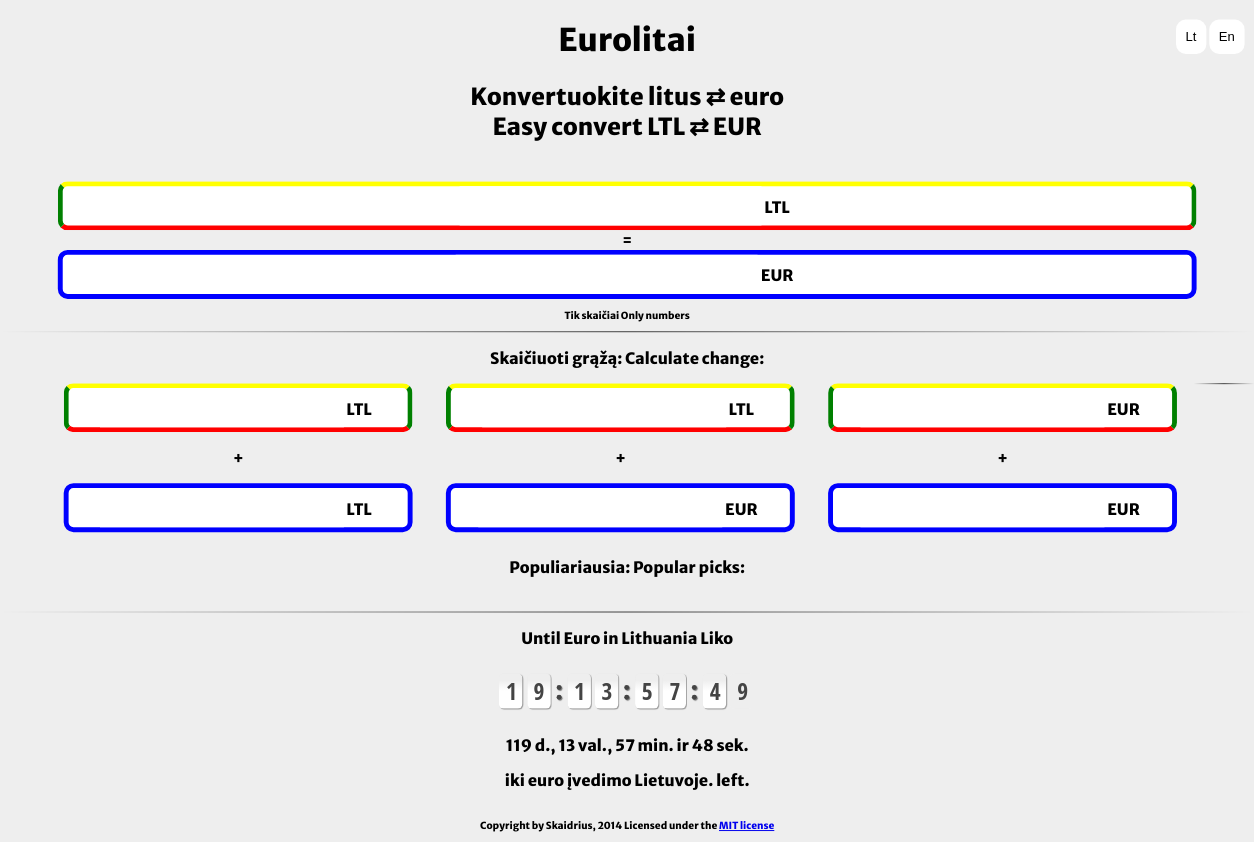
Repository: Skaidrius/eurolitai
Page: index.html
The author's editor kept a record of every edit. The page is drawn from the files as they stood at one moment, then again after the next edit.
The browser window is 1280 px wide. The pictures show the whole page, at 98% of full size.
Some web libraries are served in a nearby version.

Above is the page before.
Console error: SyntaxError: Unexpected token ')'

### index.html
<!DOCTYPE html>
<html>
  <head>
    <meta charset="utf-8">
    <meta http-equiv="X-UA-Compatible" content="IE=edge,chrome=1">
    <title>Eurolitai</title>
    <meta name="title" content="Eurolitai">
    <meta name="description" content="litų į/iš euro konverteris convert LTL to/from EUR">
    <meta name="viewport" content="width=device-width" scallable="1">
    <link rel="stylesheet" type="text/css" href="style/style.css">

  </head>
  <body class="body">
    <!--calculate LTL <> Eur-->
    <div>
      <h1 class="center">Eurolitai</h1>
        <div class = "languages ">
          <button id="lithuanian" class="button round">Lt</button>
          <button id="english" class="button round">En</button>
        </div>
      <h2 class="center"><span class="lithuanian">Konvertuokite litus &#8644; euro<br> </span><span class="english">Easy convert LTL &#8644; EUR</span></h2><br>
    </div>
    <form class="form center">
      <!--LT box-->
      <div class="box lt round">
        <input class="input center" type="number" id="lt" name="lt">
        <label class="money" for="lt">LTL</label>
      </div>

      <div>&#61;<div>
      <!--En box-->
      <div class="box eur round">
        <input class="input center" type="number" id="eur" name="eur">
        <label class="money" for="eur">EUR</label>
      </div>

      <div id="error" class="alert">
        <p><span class="lithuanian">Tik skaičiai </span><span class="english"> Only numbers</span></p>
      </div>
    </form>
    <hr>
    <!--calculate change-->
    <div class="change">
      <div>
        <p><span class="lithuanian">Skaičiuoti grąžą: </span><span class="english"> Calculate change:</span></p>
        <div id="changeCalculator">
          <div class="third">
            <div class="box lt round">
              <input class="input center" type="number" id="changeLtLt1" name="lt">
              <label class="money" for="lt">LTL</label>
            </div>
            <p>+</p>
            <div class="box eur round">
              <input class="input center" type="number" id="changeLtLt2" name="lt">
              <label class="money" for="lt">LTL</label>
            </div>
          </div>
          <div class="third">
            <div class="box lt round">
              <input class="input center" type="number" id="changeLt" name="lt">
              <label class="money" for="lt">LTL</label>
            </div>
            <p>+</p>
            <div class="box eur round">
              <input class="input center" type="number" id="changeEur" name="eur">
              <label class="money" for="eur">EUR</label>
            </div>
          </div>
          <div class="third">
            <div class="box lt round">
              <input class="input center" type="number" id="changeEurEur1" name="eur">
              <label class="money" for="eur">EUR</label>
            </div>
            <p>+</p>
            <div class="box eur round">
              <input class="input center" type="number" id="changeEurEur2" name="eur">
              <label class="money" for="eur">EUR</label>
            </div>
          </div>
        </div>
      </div>

      <!--explain change-->
      <div id="explain">
      </div>
    </div>
    <hr>

    <div class="popular">
      <p><span class="lithuanian">Populiariausia: </span><span class="english"> Popular picks:</span></p>
      <ul class = "lteur"></ul>
      <ul class = "eurlt"></ul>
    </div>
    <hr>

    <!--countdown 'till 2015-01-01-->
    <div class = "center">
      <p><span class="english center">Until Euro in Lithuania </span>
      <span class="lithuanian center">Liko </span></p>
    </div>
		<div id="countdown"></div>

		<p id="note"></p>

      <div class="left">
        <span class="lithuanian center">iki euro įvedimo Lietuvoje.</span>
        <span class="english center">left.</span>
      </div>
    <script type="text/javascript" src="https://code.jquery.com/jquery-1.11.1.min.js"></script>
    <script type="text/javascript" src="script/main.js"></script>
    <script type="text/javascript" src="script/script.js"></script>
    <script type="text/javascript" src="script/countdown.js"></script>
  </body>
  <footer class="down center">Copyright by Skaidrius, 2014 Licensed under the <a href="http://opensource.org/licenses/MIT">MIT license</a></footer>
</html>

### style/style.css
@import url(http://fonts.googleapis.com/css?family=Merriweather+Sans:400,800&subset=latin,latin-ext);

/*body*/
.body {
  width:100%;
  margin: 0 auto;
  font: bold 16px 'Merriweather Sans', sans-serif;
  background: #eee;
  overflow-x: none;
}

#countDownBlock {
  padding: 10px;
}

.button {   padding: 10px;
  background: white;
  border: 3px #000;
}

.center {
  text-align: center;
  clear: both;
}

.box {
  text-align: center;
  background: white;
  margin: 0 auto;
  position: relative;
  max-width: 90%;
}

.input {
  display: inline-block;
  max-width: 65%;
  padding: 8px 12px;
  margin: 0;
  font-size: 1.3em;
  font-weight: bold;
  border: 0;
  position: relative;
  outline: 0;
  color: #53f;
}

.round {   border-radius: 10px; }

.active {
  border: 2px solid green;
  background: white;
  color: green;
  font-weight: bold;
}

.lt {
  border-top: 5px solid yellow;
  border-left: 5px solid green;
  border-right: 5px solid green;
  border-bottom: 5px solid red;
}

.eur {
  border: 5px solid blue;
  margin-bottom: 10px;
}

.money {
  padding-right: 5px;
}

.input::-webkit-outer-spin-button,
.input::-webkit-inner-spin-button {
    /* display: none; <- Crashes Chrome on hover */
    -webkit-appearance: none;
    margin: 0; /* <-- Apparently some margin are still there even though it's hidden */
}

.error {
  display: inline-block;
  font-size: 1em;
  font-weight: bold;
  padding: 10px;
  margin: 0 auto;
  margin-bottom: 1em;
  color: white;
  background-color: red;
}

.visible {  visibility: visible; }

.hidden { display: none; }

.languages {
  position: absolute;
  right: 10px;
  top: 20px;
}

.alert {   font-size: 10px; }

#countdown {
  margin: 10px auto;
}

.countdownHolder{
  padding-top: 10px;
	margin:0 auto;
	font: 24px/1.5 'Open Sans Condensed',sans-serif;
	text-align:center;
	letter-spacing:-3px;
}

.position{
	display: inline-block;
	height: 1.6em;
	overflow: hidden;
	position: relative;
	width: 1.05em;
}

.digit{
	position:absolute;
	display:block;
	width:1em;
	background-color:#eee;
	border-radius:0.2em;
	text-align:center;
	color:#444;
	letter-spacing:-1px;
}

.digit.static{
	box-shadow:1px 1px 1px rgba(4, 4, 4, 0.35);

	background-image: linear-gradient(bottom, #3A3A3A 50%, #444444 50%);
	background-image: -o-linear-gradient(bottom, #3A3A3A 50%, #444444 50%);
	background-image: -moz-linear-gradient(bottom, #3A3A3A 50%, #444444 50%);
	background-image: -webkit-linear-gradient(bottom, #3A3A3A 50%, #444444 50%);
	background-image: -ms-linear-gradient(bottom, #3A3A3A 50%, #444444 50%);

	background-image: -webkit-gradient(
		linear,
		left bottom,
		left top,
		color-stop(0.8, #eee),
		color-stop(0.5, #fff)
	);
}

/**
 * You can use these classes to hide parts
 * of the countdown that you don't need.
 */

.countDiv{
	display:inline-block;
	width:16px;
	height:1.6em;
	position:relative;
}

.countDiv:before,
.countDiv:after{
	position:absolute;
	width:5px;
	height:5px;
	background-color:#444;
	border-radius:50%;
	left:50%;
	margin-left:-3px;
	top:0.5em;
	box-shadow:1px 1px 1px rgba(4, 4, 4, 0.5);
	content:'';
}

.countDiv:after{
	top:0.9em;
}

.popular {
  display: inline-block;
}

.popular ul {
  margin-top: 0;
  padding: 0 10px;
  float: left;
  font-size: 0.7em;
  font: sans-serif;
}
.popular ul li{
  list-style: none;
}

hr {
    /* http://css-tricks.com/examples/hrs/ */
    border: 0;
    height: 1px;
    background-image: -webkit-linear-gradient(left, rgba(0,0,0,0), rgba(0,0,0,0.75), rgba(0,0,0,0));
    background-image:    -moz-linear-gradient(left, rgba(0,0,0,0), rgba(0,0,0,0.75), rgba(0,0,0,0));
    background-image:     -ms-linear-gradient(left, rgba(0,0,0,0), rgba(0,0,0,0.75), rgba(0,0,0,0));
    background-image:      -o-linear-gradient(left, rgba(0,0,0,0), rgba(0,0,0,0.75), rgba(0,0,0,0));
}
#showChange {
  margin-bottom: 10px;
}


.down {
  font-size: 10px;
  padding: 30px 0 10px 0;
}

.third:first-child{
  padding-left: 4%;
}
.changeCalculator:after{
  content: '';
  display:table;
  clear: both;
}
.changeCalculator {
  width: 100%;
}
.third {
  width: 30%;
  padding: 0 3px;
  float: left;
}
.explain:before {
  clear: both;
}

### script/main.js
(function($) {

  var ltInp = $('#lt'),
      eurInp = $('#eur'),
      changeLtLt1Inp = $('#changeLtLt1'),
      changeLtLt2Inp = $('#changeLtLt2'),
      changeLtInp = $('#changeLt'),
      changeEurInp = $('#changeEur'),
      changeEurEur1Inp = $('#changeEurEur1'),
      changeEurEur2Inp = $('#changeEurEur2'),
      lithuanianInp = $("#lithuanian"),
      englishInp = $("#english"),
      error = $('#error');

  // initialisation
  $(".english").addClass("hidden");
  lithuanianInp.addClass("active");

  //change language
  lithuanianInp.click(function(){
    $(this).addClass("active");
    englishInp.removeClass("active");
    $(".english").hide();
    $(".lithuanian").show();
  });
  englishInp.click(function(){
    $(this).addClass("active");
    lithuanianInp.removeClass("active");
    $(".lithuanian").hide();
    $(".english").show();
  });

  var show = function(){
    $(this).removeClass("hidden").addClass("visible");
  };

  var hide = function(){
    $(this).removeClass("visible").addClass("hidden");
  };

  // convert currency functions
  var toEur = function(lt){
    var eur;
    eur = (lt / 3.4528).toFixed(2);
    return eur;
  };

  var toLt = function(eur){
    var lt;
    lt = (eur * 3.4528).toFixed(2);
    return lt;
  };

  //convert currencies
  ltInp.keyup(function () {
    var lt = $(this).val(),
        eur = toEur(lt);
    if ($.isNumeric(lt)) {
      hideError();
      eurInp.val(eur).toString().replace(".", ",");
      showNumbers();
    } else {
      showError();
    }
  });

  eurInp.keyup(function () {
    var eur = $(this).val(),
        lt = toLt(eur);
    if ($.isNumeric(eur)) {
      hideError();
      ltInp.val(lt).toString().replace(".", ",");
      showNumbers();
    } else {
      showError();
    }
  });

  var hideError = function(){
    error.addClass("hidden");
    clear();
  };
  var showError = function() {
    error.removeClass("hidden").addClass("error");
  };

  //clearing functions
  var clear = function(){
    changeLtLt1Inp.val('');
    changeLtLt2Inp.val('');
    changeLtInp.val('');
    changeEurInp.val('');
    changeEurEur1Inp.val('');
    changeEurEur2Inp.val('');
  };
  var clear1 = function(){
    changeLtInp.val('');
    changeEurInp.val('');
    changeEurEur1Inp.val('');
    changeEurEur2Inp.val('');
  };
  var clear2 = function(){
    changeLtLt1Inp.val('');
    changeLtLt2Inp.val('');
    changeEurEur1Inp.val('');
    changeEurEur2Inp.val('');
  };
  var clear3 = function(){
    changeLtLt1Inp.val('');
    changeLtLt2Inp.val('');
    changeLtInp.val('');
    changeEurInp.val('');
  };

  // currency change calculator
  // first conversion LTL(EUR)=LTL+LTL
  changeLtLt1Inp.keyup(function () {
    clear1();
    var change,
        lt = $(this).val();
    change =  ltInp.val() - lt).toFixed(2);
    changeLtLt2Inp.val(change).toString().replace(".", ",");
    showNumbers();
  });

  changeLtLt2Inp.keyup(function () {
    clear1();
    var change,
        lt = $(this).val();
    change = (ltInp.val() - lt).toFixed(2);
    changeLtLt1Inp.val(change).toString().replace(".", ",");
    showNumbers();
  });

  // second conversion LTL(EUR)=LTL+EUR
  changeLtInp.keyup(function () {
    clear2();
    var change,
        lt = $(this).val();
    change =  toEur(ltInp.val() - lt);
    changeEurInp.val(change).toString().replace(".", ",");
    showNumbers();
  });

  changeEurInp.keyup(function () {
    clear2();
    var change,
        eur = $(this).val();
    change = toLt(eurInp.val() - eur);
    changeLtInp.val(change).toString().replace(".", ",");
    showNumbers();
  });

  // third conversion LTL(EUR)=EUR+EUR
  changeEurEur1Inp.keyup(function () {
    clear3();
    var change,
        eur = $(this).val();
    change = (eurInp.val() - eur).toFixed(2);
    changeEurEur2Inp.val(change).toString().replace(".", ",");
    showNumbers();
  });

  changeEurEur2Inp.keyup(function () {
    clear3();
    var change,
        eur = $(this).val();
    change = (eurInp.val() - eur).toFixed(2);
    changeEurEur1Inp.val(change).toString().replace(".", ",");
    showNumbers();
  });

  // show calculation
  var showNumbers = function(){
    var explain = $('#explain'),
        lts = ltInp.val().toString().replace(".", ","),
        eurs = eurInp.val().toString().replace(".", ","),
        changeLtLt1 = changeLtLt1Inp.val().toString().replace(".", ","),
        changeLtLt2 = changeLtLt2Inp.val().toString().replace(".", ","),
        changeEurs = changeEurInp.val().toString().replace(".", ","),
        changeLts = changeLtInp.val().toString().replace(".", ","),
        changeEurEur1 = changeEurEur1Inp.val().toString().replace(".", ","),
        changeEurEur2 = changeEurEur2Inp.val().toString().replace(".", ","),
        calculationText;
    if (changeLtLt1 !=="" && changeLtLt2 !=="") {
      calculationText = "<p>" + lts +" Lt (" + eurs + " Eur) = " + changeLtLt1 +" Lt + " + changeLtLt2 + " Lt" + "</p>";
    } else if (changeEurs !=="" && changeLts !=="") {
      calculationText = "<p>" + lts +" Lt (" + eurs + " Eur) = " + changeLts +" Lt + " + changeEurs + " Eur" + "</p>";
    } else if (changeEurEur1 !=="" && changeEurEur2!=="" ) {
      calculationText = "<p>" + lts +" Lt (" + eurs + " Eur) = " + changeEurEur1 +" Eur + " + changeEurEur2 + " Eur" + "</p>";
    } else {
      calculationText = "<p>" + lts +" Lt (" + eurs + " Eur) " + "</p>";
    }
    explain.html(calculationText);
  };

  var a = [0.99, 1.99, 2.99, 3.99, 4.99, 9.99, 14.99, 19.99, 24.99, 29.99],
    lteur = $('.lteur'),
    eurlt = $('.eurlt');

  for (var i = 0, b = a.length; i < b; i++ ) {
    lteur.append("<li>"+a[i].toString().replace(".", ",") +" Lt = "+(a[i]/ 3.4528).toFixed(2).toString().replace(".", ",") +" Eur"+"</li>");
    eurlt.append("<li>"+a[i].toString().replace(".", ",") +" Eur = "+(a[i]* 3.4528).toFixed(2).toString().replace(".", ",") +" Lt"+"</li>");
  }

}) (jQuery);

### script/script.js
/**
 * @name		jQuery Countdown Plugin
 * @author		Martin Angelov
 * @version 	1.0
 * @url			http://tutorialzine.com/2011/12/countdown-jquery/
 * @license		MIT License
 */

$(function(){

	var note = $('#note'),
		ts = new Date(2015, 0, 1);


	if((new Date()) > ts){
		// Notice the *1000 at the end - time must be in milliseconds
		ts = (new Date()).getTime();
	}

	$('#countdown').countdown({
		timestamp	: ts,
		callback	: function(days, hours, minutes, seconds){

			var message = "";
				if ($('#english').hasClass("active")){
				message += days + " day" + ( days==1 ? '':'s' );
				message += hours + " hour" + ( hours==1 ? '':'s' );
				message += minutes + " minute" + ( minutes==1 ? '':'s' ) + " and ";
				message += seconds + " second" + ( seconds==1 ? '':'s' ) ;
				} else {
				message += days + " d." + ", ";
				message += hours + " val." + ", ";
				message += minutes + " min." + " ir ";
				message += seconds + " sek.";
				}

			note.html(message);
		}
	});

});

### script/countdown.js
/**
 * @name		jQuery Countdown Plugin
 * @author		Martin Angelov
 * @version 	1.0
 * @url			http://tutorialzine.com/2011/12/countdown-jquery/
 * @license		MIT License
 */

(function($){
	// Number of seconds in every time division
	var days	= 24*60*60,
		hours	= 60*60,
		minutes	= 60;

	// Creating the plugin
	$.fn.countdown = function(prop){
		var options = $.extend({
			callback	: function(){},
			timestamp	: 0
		},prop);

		var left, d, h, m, s, positions;

		// Initialize the plugin
		init(this, options);

		positions = this.find('.position');

		(function tick(){

			// Time left
			left = Math.floor((options.timestamp - (new Date())) / 1000);

			if(left < 0){
				left = 0;
			}

			// Number of days left
			d = Math.floor(left / days);

			updateDuoDays(0, 1, d);
			left -= d*days;

			// Number of hours left
			h = Math.floor(left / hours);
			updateDuo(2, 3, h);
			left -= h*hours;

			// Number of minutes left
			m = Math.floor(left / minutes);
			updateDuo(4, 5, m);
			left -= m*minutes;

			// Number of seconds left
			s = left;
			updateDuo(6, 7, s);

			// Calling an optional user supplied callback
			options.callback(d, h, m, s);

			// Scheduling another call of this function in 1s
			setTimeout(tick, 1000);
		})();

		// This function updates two digit positions at once
		function updateDuo(minor,major,value){
			switchDigit(positions.eq(minor),Math.floor(value/10)%10);
			switchDigit(positions.eq(major),value%10);
		}
		function updateDuoDays(minor, major,value){
			switchDigit(positions.eq(minor),Math.floor(value/10)%10);
			switchDigit(positions.eq(major),value%10);
		}


		return this;
	};


	function init(elem, options){
		elem.addClass('countdownHolder');

		// Creating the markup inside the container
		$.each(['Hours','Days','Minutes','Seconds'],function(i){
			$('<span class="count'+this+'">').html(
				'<span class="position">\
					<span class="digit static">0</span>\
				</span>\
				<span class="position">\
					<span class="digit static">0</span>\
				</span>'
			).appendTo(elem);

			if(this!="Seconds"){
				elem.append('<span class="countDiv countDiv'+i+'"></span>');
			}
		});

	}

	// Creates an animated transition between the two numbers
	function switchDigit(position,number){

		var digit = position.find('.digit')

		if(digit.is(':animated')){
			return false;
		}

		if(position.data('digit') == number){
			// We are already showing this number
			return false;
		}

		position.data('digit', number);

		var replacement = $('<span>',{
			'class':'digit',
			css:{
				top:'-2.1em',
				opacity:0
			},
			html:number
		});

		// The .static class is added when the animation
		// completes. This makes it run smoother.

		digit
			.before(replacement)
			.removeClass('static')
			.animate({top:'2.5em',opacity:0},'fast',function(){
				digit.remove();
			})

		replacement
			.delay(100)
			.animate({top:0,opacity:1},'fast',function(){
				replacement.addClass('static');
			});
	}
})(jQuery);

After the next edit:
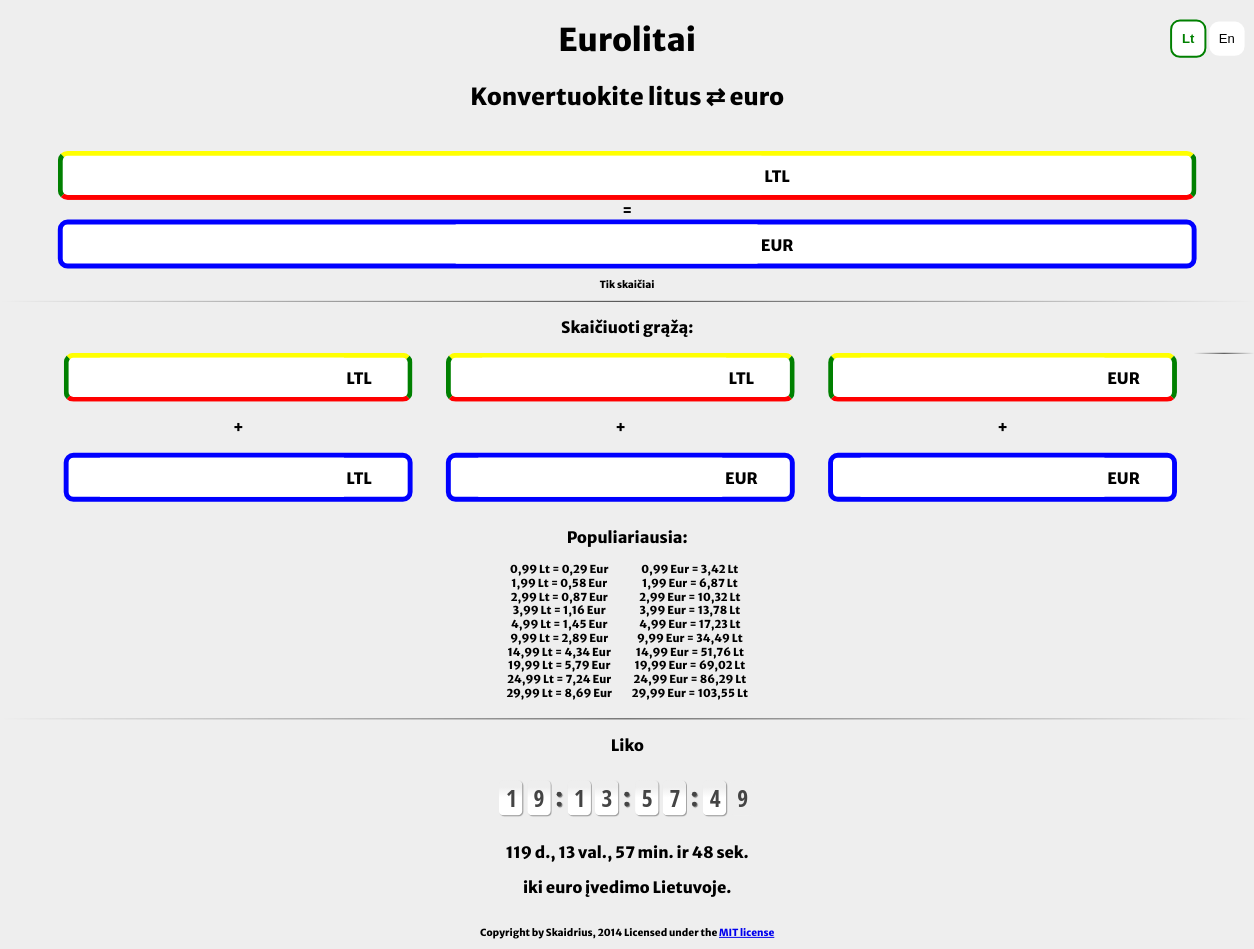
The error is gone.
The edit:
--- a/script/main.js
+++ b/script/main.js
@@ -118,7 +118,7 @@
     clear1();
     var change,
         lt = $(this).val();
-    change =  ltInp.val() - lt).toFixed(2);
+    change =  (ltInp.val() - lt).toFixed(2);
     changeLtLt2Inp.val(change).toString().replace(".", ",");
     showNumbers();
   });
